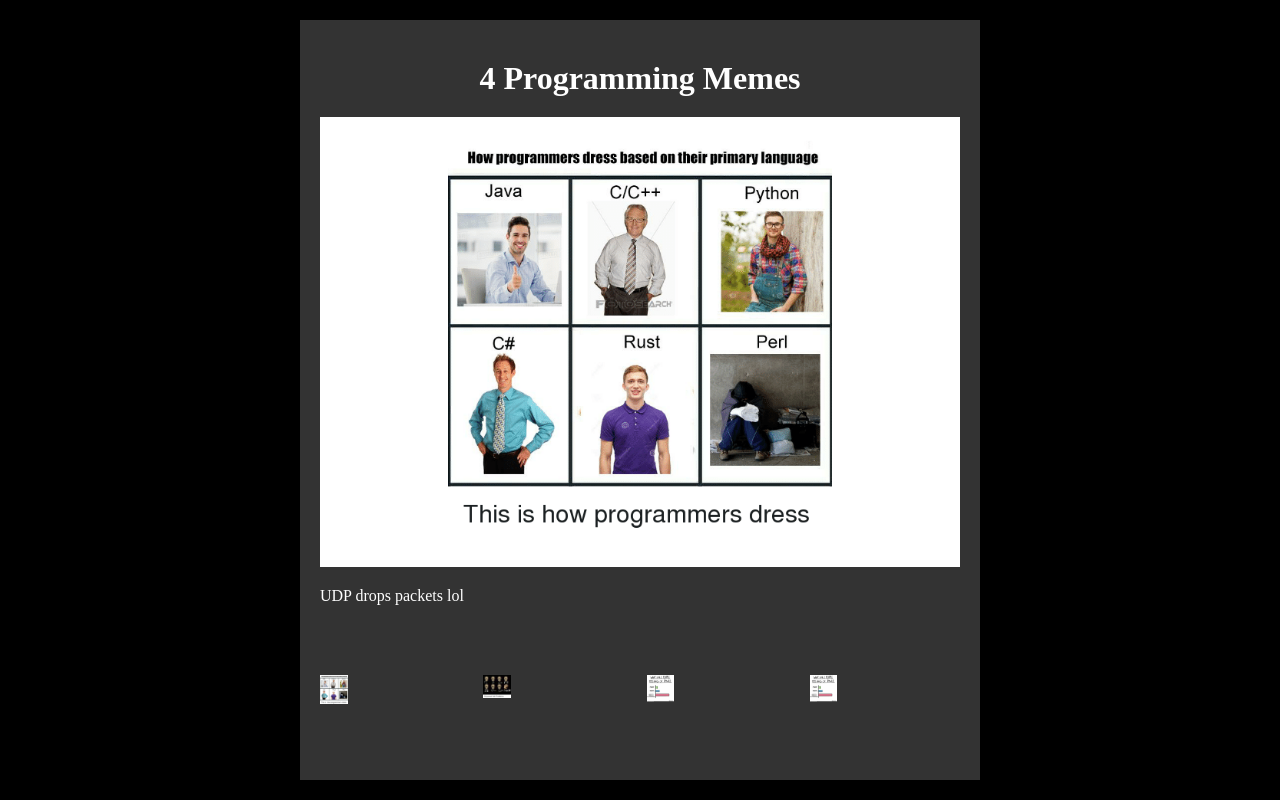
Repository: apopheny/JS230
Page: slideshow/index.html
An editor plug-in stored every save of this project. The page is shown before and after the next save, followed by the edit.
The browser window is 1280 px wide. The pictures show the whole page.

Above is the page before, as saved 2024-02-05 14:20:12.
Console error: ReferenceError: func is not defined

After the next save:
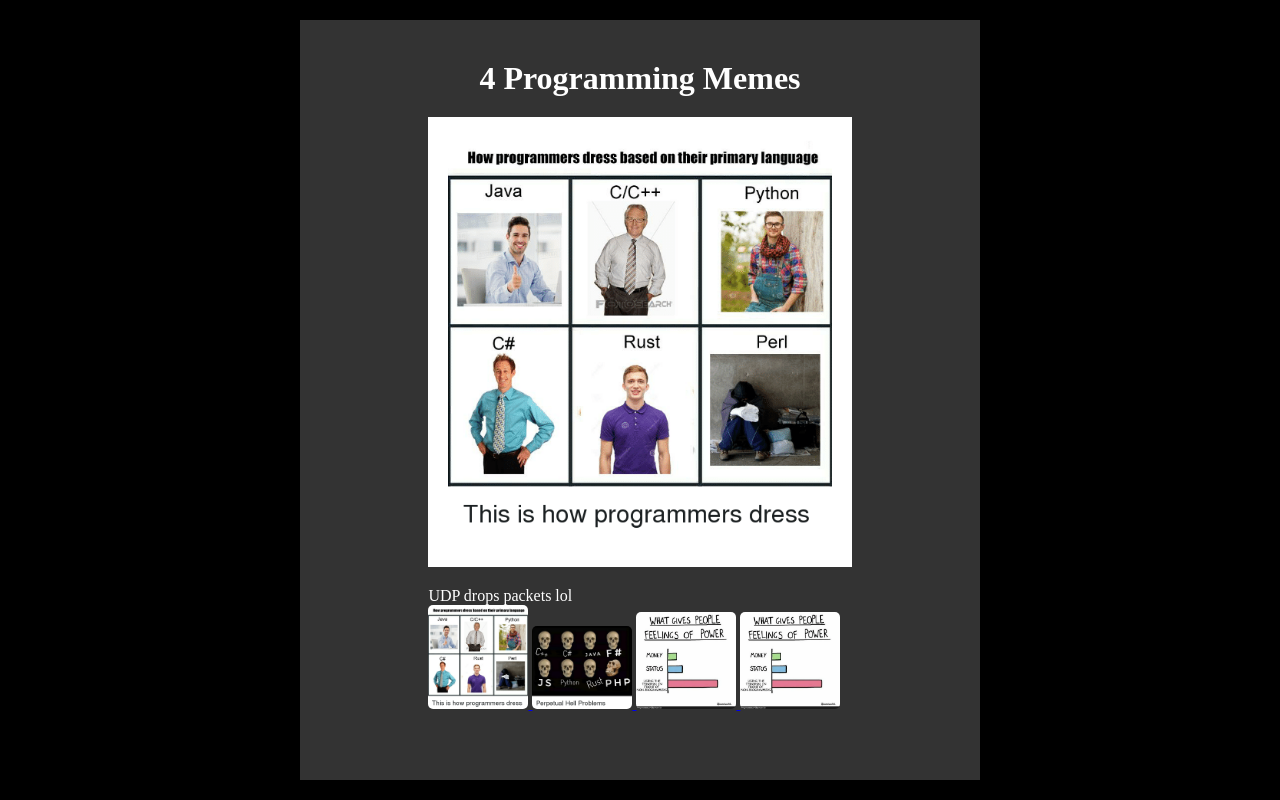
Saved 13 s later.
--- a/slideshow/stylesheets/slideshow.css
+++ b/slideshow/stylesheets/slideshow.css
@@ -50,15 +50,13 @@
   margin-bottom: 20px; /* Space between caption and gallery */
 }
 
-.image-gallery {
-  padding-top: 70px;
-  display: flex;
-  flex-wrap: wrap;
-  justify-content: space-between;
-  width: 100%;
+.image-thumbnail a {
+  display: block;
+  margin: 5px; /* Adjust spacing around thumbnails */
 }
 
-.image-thumbnail {
-  width: calc(25% - 10px); /* Four images per row, adjust margin */
-  margin-bottom: 10px; /* Space between rows of images */
+.image-thumbnail img {
+  width: 100px; /* Adjust thumbnail size */
+  height: auto; /* Maintain aspect ratio */
+  border-radius: 5px; /* Optional: rounded corners for thumbnails */
 }
